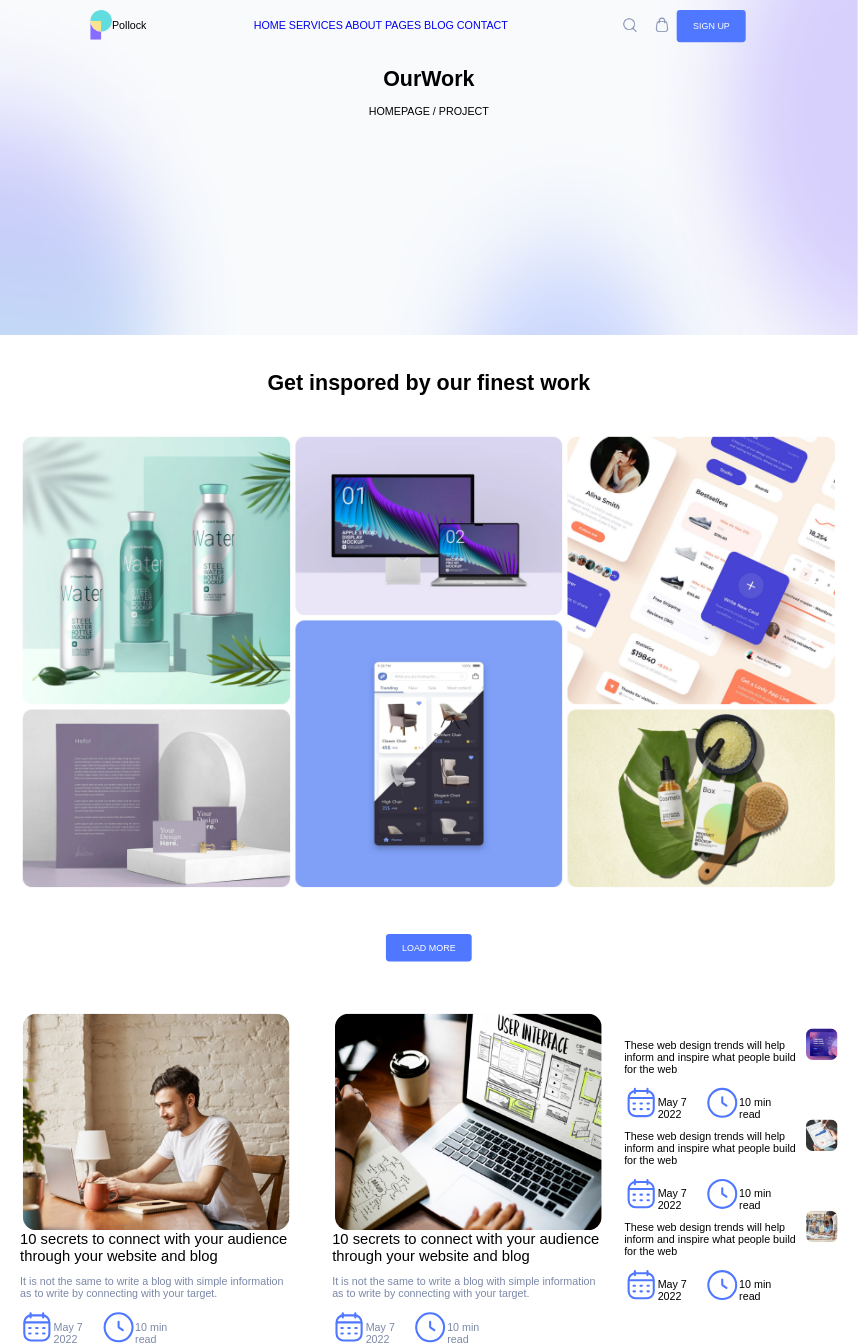
Repository: Nam936/exercises
Page: demo.html
The author's editor kept a copy of each file at every save. The page is drawn from the files as they stood at one save, then again after the next save.
The browser window is 1280 px wide. The pictures show the whole page, at 67% of full size.

Above is the page before, as saved 2023-01-06 16:18:28.

After the next save:
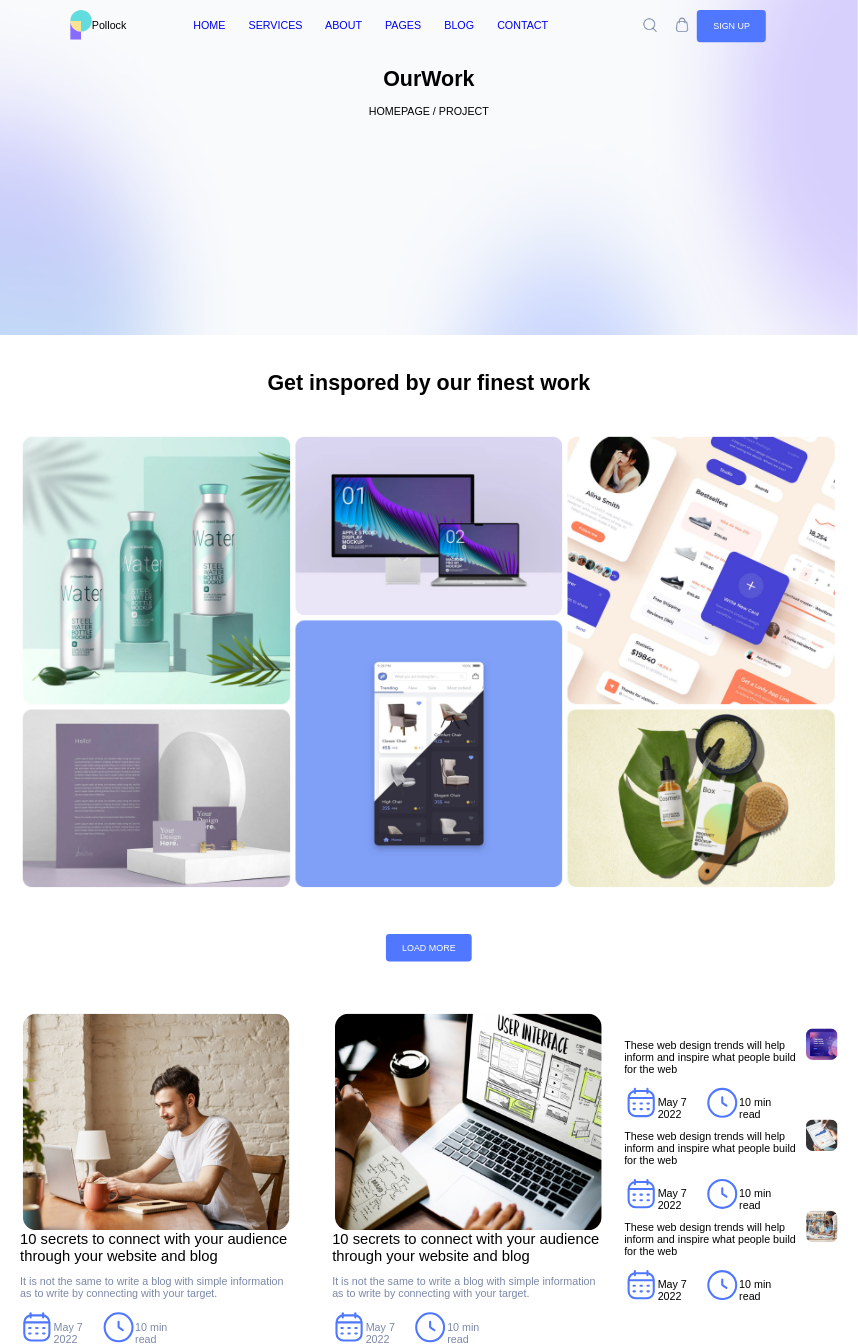
Saved 4 s later.
--- a/style2.css
+++ b/style2.css
@@ -139,7 +139,7 @@ button {
 }
 .header-midd a{
   text-decoration: none;
-  magiri
+  margin-right: 30px;
 }
 
 .header-right{
